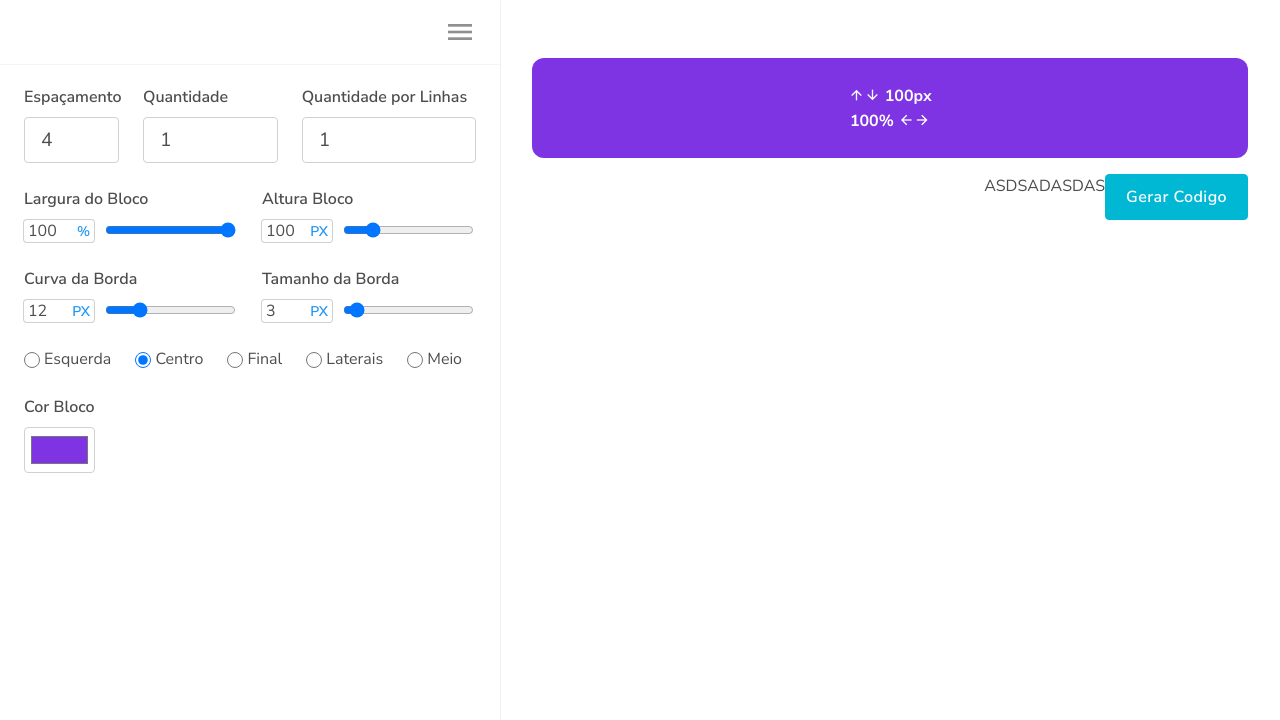
Repository: Flintdl/lowcode-elements
Page: /
The author's editor kept a copy of each file at every save. The page is drawn from the files as they stood at one save, then again after the next save.
The browser window is 1280 px wide. The pictures show the whole page.
The project was rebuilt for these pictures with package versions that can differ from the ones it lists, and the page was loaded fresh each time. Also part of the build but not shown: vue.config.js.

Above is the page before, as saved 2022-04-05 14:39:42.

After the next save:
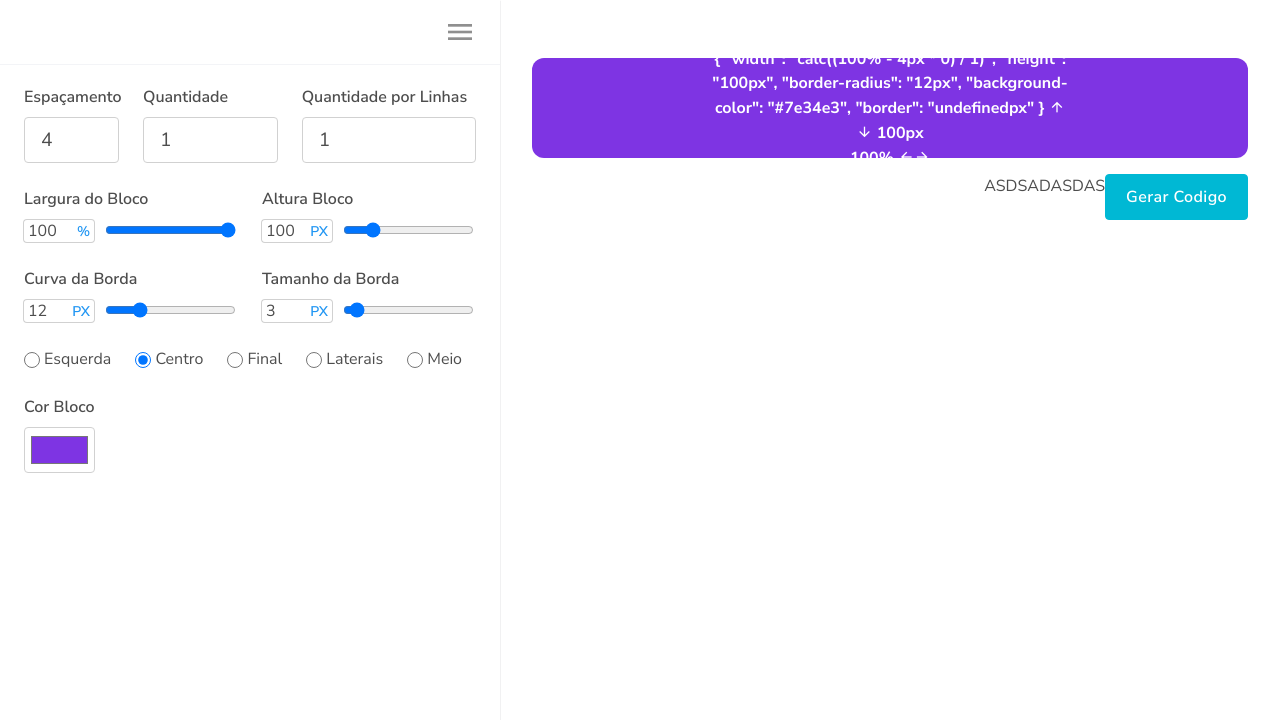
Saved 27 s later.
--- a/src/components/templates/DivGrid.vue
+++ b/src/components/templates/DivGrid.vue
@@ -4,7 +4,7 @@
       class="sf-position-absolute sf-centerAbsolute-xy sf-text-white sf-font-weight-extra-bold sf-text-center"
       :style="tamanho"
     >
-      {{ cssProps }}
+      {{ cssDefinido }}
       <i
         class="mdi mdi-arrow-up sf-text-md sf-text-white sf-dropdown-action"
       ></i>
